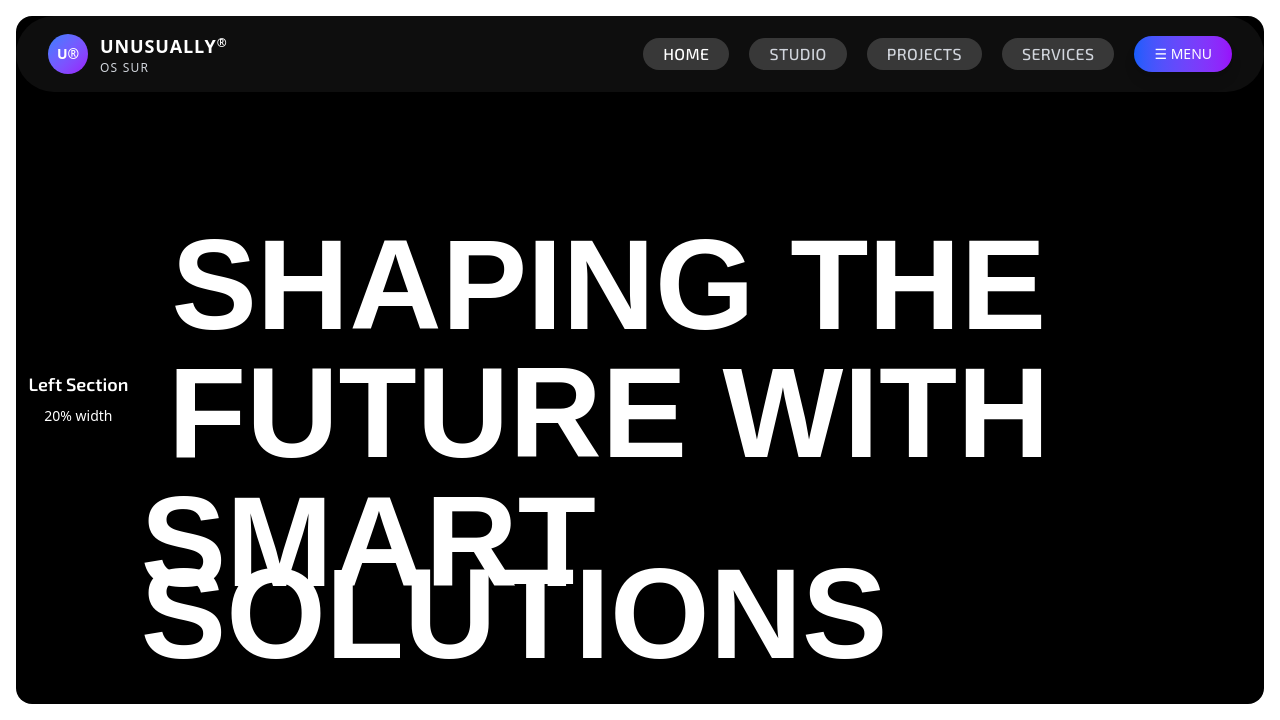
Repository: A-y-u-s-h-29/Digital-Express-India-With-Carrer-Page-And-RazorPay
Page: / (app in op/)
The author's editor kept a copy of each file at every save. The page is drawn from the files as they stood at one save, then again after the next save.
The browser window is 1280 px wide. The pictures show the whole page.
Some web fonts or font styles are not loaded; a fallback is used. The project was rebuilt for these pictures with package versions that can differ from the ones it lists, and the page was loaded fresh each time. Also part of the build but not shown: op/vite.config.js.

Above is the page before, as saved 2025-12-04 14:59:49.

### op/index.html
<!doctype html>
<html lang="en">
  <head>
    <meta charset="UTF-8" />
    <link rel="icon" type="image/svg+xml" href="/vite.svg" />
    <meta name="viewport" content="width=device-width, initial-scale=1.0" />
    <link rel="preconnect" href="https://fonts.googleapis.com">
<link rel="preconnect" href="https://fonts.gstatic.com" crossorigin>
<link href="https://fonts.googleapis.com/css2?family=Alan+Sans:wght@300..900&family=Big+Shoulders:opsz,wght@10..72,100..900&family=Exo+2:ital,wght@0,100..900;1,100..900&family=Montserrat:ital,wght@0,100..900;1,100..900&family=Orbitron:wght@400..900&family=Poppins:ital,wght@0,100;0,200;0,300;0,400;0,500;0,600;0,700;0,800;0,900;1,100;1,200;1,300;1,400;1,500;1,600;1,700;1,800;1,900&family=Rajdhani:wght@300;400;500;600;700&display=swap" rel="stylesheet">
<link rel="preconnect" href="https://fonts.googleapis.com">
<link rel="preconnect" href="https://fonts.gstatic.com" crossorigin>
<link href="https://fonts.googleapis.com/css2?family=Alan+Sans:wght@300..900&family=Big+Shoulders:opsz,wght@10..72,100..900&family=Exo+2:ital,wght@0,100..900;1,100..900&family=Montserrat:ital,wght@0,100..900;1,100..900&family=Orbitron:wght@400..900&family=Poppins:ital,wght@0,100;0,200;0,300;0,400;0,500;0,600;0,700;0,800;0,900;1,100;1,200;1,300;1,400;1,500;1,600;1,700;1,800;1,900&family=Rajdhani:wght@300;400;500;600;700&display=swap" rel="stylesheet">
    <title>op</title>
  </head>
  <body>
    <div id="root"></div>
    <script type="module" src="/src/main.jsx"></script>
  </body>
</html>

### op/src/index.css
@import "tailwindcss";
*{
  box-sizing: border-box;
}
.big {
  font-family: "Big Shoulders", sans-serif;

  font-style: normal;
}
.exo {
  font-family: "Exo 2", sans-serif;

  font-style: normal;
}

### op/src/App.jsx
import React from 'react'
import Home from './components/Home'

function App() {
  return (
   <>
   <Home/>


   </>
  )
}

export default App

### op/src/components/Home.jsx
import React from "react";
import Navbar from "./Navbar";

function Home() {


  return (
    <div className="w-full max-h-screen lg:h-[120vh]  lg:py-4 lg:px-4 ">
      <div
        className="rounded-b-4xl lg:rounded-2xl w-full h-full  flex flex-col relative overflow-hidden bg-black"

      >


        {/* Transparent Navbar */}
        <div className="relative z-20">
          <Navbar />
        </div>

        {/* Three Column Layout */}
        <div className="flex flex-1 relative z-10 text-white ">
          {/* Left Column - 20% width */}
          <div className="w-[10%] flex items-center justify-center">
            <div className="text-white text-center">
              <p className="exo font-semibold text-lg">Left Section</p>
              <p className="text-sm mt-2">20% width</p>
            </div>
          </div>

          {/* Middle Column - 60% width */}
         <div className="w-[75%] flex flex-col justify-center items-center big">
  <div className=" w-full h-full flex flex-col">

    {/* Top Row - 40% height */}
    <div className="h-[40%] flex items-end justify-center pb-4 ">
      <h1 className="text-5xl md:text-9xl leading-tight md:leading-[4.5rem]  font-bold text-white drop-shadow-2xl">
       SHAPING THE
      </h1>
    </div>

    {/* Middle Row - 30% height */}
    <div className="h-[25%] flex items-center justify-center ">
       <h1 className="text-5xl md:text-9xl leading-tight lg:leading-[4.5rem]  font-bold text-white drop-shadow-2xl">
    FUTURE WITH
      </h1>
    </div>

    {/* Bottom Row - 30% height */}
    <div className="h-[35%] flex items-start justify-center pt-4">
      <h1 className="text-5xl md:text-9xl leading-tight lg:leading-[4.5rem]  font-bold text-white drop-shadow-2xl">
      SMART SOLUTIONS
      </h1>
    </div>

  </div>
</div>
          {/* Right Column - 20% width */}

        </div>


      </div>
    </div>
  );
}

export default Home;

### op/src/components/Navbar.jsx
import React, { useState, useRef, useEffect } from 'react';
import { gsap } from 'gsap';

function Navbar({ isHomePage = false }) {
  const [isMenuOpen, setIsMenuOpen] = useState(false);
  const menuOverlayRef = useRef(null);
  const mobileMenuRef = useRef(null);

  // Menu items data for the menu overlay
  const menuOverlayItems = [
    { title: 'HOME', number: '01' },
    { title: 'ABOUT', number: '02' },
    { title: 'PROJECTS', number: '03' },
    { title: 'SERVICES', number: '04' },

  ];

  // Menu items for navbar links
  const navMenuItems = [
    { title: 'HOME', color: 'from-blue-500 to-cyan-400' },
    { title: 'STUDIO', color: 'from-purple-500 to-pink-500' },
    { title: 'PROJECTS', color: 'from-green-500 to-emerald-400' },
    { title: 'SERVICES', color: 'from-yellow-500 to-orange-500' },
    { title: 'ABOUT', color: 'from-red-500 to-rose-400' },
    { title: 'CONTACT', color: 'from-indigo-500 to-blue-400' },
  ];

  // Initialize menu as hidden
  useEffect(() => {
    if (menuOverlayRef.current) {
      menuOverlayRef.current.style.display = 'none';
    }
  }, []);

  const handleMenuClick = () => {
    const wasOpen = isMenuOpen;
    setIsMenuOpen(!wasOpen);

    if (!wasOpen) {
      // OPEN MENU ANIMATION - bottom-right से slide in
      if (menuOverlayRef.current) {
        menuOverlayRef.current.style.display = 'flex';

        // Get the menu container
        const menuContainer = menuOverlayRef.current.querySelector('.relative');

        if (menuContainer) {
          // Initial position - off screen bottom-right
          gsap.set(menuContainer, {
            x: '100%',
            y: '100%',
            opacity: 0,
            scale: 0.9,
            transformOrigin: 'bottom right'
          });

          // Animate to position
          gsap.to(menuContainer, {
            x: 0,
            y: 0,
            opacity: 1,
            scale: 1,
            duration: 0.8,
            ease: 'expo.out'
          });

          // Background fade in
          gsap.fromTo(menuOverlayRef.current,
            { opacity: 0 },
            { opacity: 1, duration: 0.4 }
          );

          // Menu items animation (from bottom)
          const menuItems = menuContainer.querySelectorAll('.menu-item');
          gsap.fromTo(menuItems,
            {
              opacity: 0,
              y: 40
            },
            {
              opacity: 1,
              y: 0,
              duration: 0.6,
              stagger: 0.1,
              delay: 0.3,
              ease: 'power3.out'
            }
          );

          // Close button animation
          const closeBtn = menuContainer.querySelector('.close-btn');
          if (closeBtn) {
            gsap.fromTo(closeBtn,
              { opacity: 0, rotation: -45 },
              { opacity: 1, rotation: 0, duration: 0.5, delay: 0.8 }
            );
          }
        }
      }

      // Mobile menu animation
      if (mobileMenuRef.current) {
        gsap.fromTo(
          mobileMenuRef.current,
          { height: 0, opacity: 0 },
          { height: 'auto', opacity: 1, duration: 0.4 }
        );
      }
    } else {
      // CLOSE MENU ANIMATION - bottom-right को slide out
      if (menuOverlayRef.current) {
        const menuContainer = menuOverlayRef.current.querySelector('.relative');

        if (menuContainer) {
          // Menu items exit
          const menuItems = menuContainer.querySelectorAll('.menu-item');
          gsap.to(menuItems,
            {
              opacity: 0,
              y: 20,
              duration: 0.3,
              stagger: 0.05,
              ease: 'power2.in'
            }
          );

          // Close button exit
          const closeBtn = menuContainer.querySelector('.close-btn');
          if (closeBtn) {
            gsap.to(closeBtn, {
              opacity: 0,
              rotation: 45,
              duration: 0.3
            });
          }

          // Menu container slide out to bottom-right
          gsap.to(menuContainer, {
            x: '100%',
            y: '100%',
            opacity: 0,
            scale: 0.9,
            duration: 0.6,
            ease: 'expo.in',
            onComplete: () => {
              if (menuOverlayRef.current) {
                menuOverlayRef.current.style.display = 'none';
              }
            }
          });

          // Background fade out
          gsap.to(menuOverlayRef.current, {
            opacity: 0,
            duration: 0.4
          });
        }
      }

      // Mobile menu exit animation
      if (mobileMenuRef.current) {
        gsap.to(mobileMenuRef.current, {
          height: 0,
          opacity: 0,
          duration: 0.3
        });
      }
    }
  };

  return (
    <>
      {/* Main Navbar */}
      <nav
        className={`w-full px-6 py-4 lg:px-8 lg:py-4 ${isHomePage ? 'bg-transparent' : 'bg-[#0E0E0E]'} rounded-full relative z-50`}
      >
        <div className="flex items-center justify-between">
          {/* Logo/Brand Section */}
          <div className="flex items-center">
            <div className="w-10 h-10 rounded-full bg-gradient-to-br from-blue-500 to-purple-600 flex items-center justify-center mr-3">
              <span className="text-white font-bold text-sm">U®</span>
            </div>
            <div className="flex flex-col">
              <span className="text-white font-bold text-lg tracking-wider">UNUSUALLY<sup className="text-xs">®</sup></span>
              <span className="text-gray-300 text-xs tracking-widest">OS SUR</span>
            </div>
          </div>

          <div className='flex items-center gap-5'>
            {/* Desktop Navigation Links */}
            <div className="hidden md:flex items-center space-x-5 exo text-md">
              {navMenuItems.slice(0, 4).map((item, index) => (
                <a
                  key={index}
                  href="#"
                  className={`text-gray-300 font-medium tracking-wide hover:text-white transition-colors duration-300 bg-[#383838] px-5 py-1 rounded-full ${item.title === 'HOME' ? 'text-white' : ''}`}
                >
                  {item.title}
                </a>
              ))}
            </div>

            {/* Menu Button */}
            <button
              onClick={handleMenuClick}
              className="px-5 py-2 bg-gradient-to-r from-blue-600 to-purple-600 text-white text-sm font-medium rounded-full hover:from-blue-700 hover:to-purple-700 transition-all duration-300 shadow-lg hover:shadow-xl relative z-50"
            >
              {isMenuOpen ? '✕ CLOSE' : '☰ MENU'}
            </button>

            {/* Mobile Menu Button (Hamburger) */}
            <button
              onClick={handleMenuClick}
              className="ml-4 md:hidden relative z-50"
            >
              <div className={`w-6 h-0.5 bg-white mb-1.5 transition-all duration-300 ${isMenuOpen ? 'rotate-45 translate-y-2' : ''}`}></div>
              <div className={`w-6 h-0.5 bg-white mb-1.5 transition-all duration-300 ${isMenuOpen ? 'opacity-0' : ''}`}></div>
              <div className={`w-6 h-0.5 bg-white transition-all duration-300 ${isMenuOpen ? '-rotate-45 -translate-y-2' : ''}`}></div>
            </button>
          </div>
        </div>

        {/* Mobile Menu Dropdown */}
        <div
          ref={mobileMenuRef}
          className="md:hidden mt-4 pt-4 border-t border-gray-800 overflow-hidden"
          style={{ height: '0px' }}
        >
          <div className="flex flex-col space-y-4">
            {navMenuItems.map((item, index) => (
              <a
                key={index}
                href="#"
                className={`text-gray-300 font-medium py-2 hover:text-white transition-colors ${item.title === 'HOME' ? 'text-white' : ''}`}
              >
                {item.title}
              </a>
            ))}
          </div>
        </div>
      </nav>

      {/* Fullscreen Menu Overlay */}
      <div
        ref={menuOverlayRef}
        className="fixed inset-0  z-40 hidden items-end justify-end px-4 rounded-2xl "
      >
        {/* Menu Container - Image के according simple design */}
        <div
          className="relative h-[70vh] w-[45vw] bg-white  rounded-4xl overflow-hidden shadow-2xl transform-gpu "
          style={{
            transformOrigin: 'bottom right'
          }}
        >
          {/* Simple Header with Brand */}
          <div className="absolute top-8 left-8">
            <div className="flex items-center space-x-3">

              <div>

              </div>
            </div>
          </div>



          {/* Main Content Area - Center aligned like image */}
          <div className="h-full flex flex-col justify-center items-center px-12 ">
            {/* Menu Items - Single Column, Large text like image */}
            <div className="w-full  space-y-2">
              {menuOverlayItems.map((item, index) => (
                <a
                  key={index}
                  href="#"
                  className="menu-item group relative block w-full"
                >
                  <div className="flex items-center justify-between">
                    {/* Title - Left side */}
                    <div className="relative overflow-hidden p-0.5">
                      <h3 className="text-black font-extrabold text-5xl lg:text-7xl  exo tracking-tight opacity-90 group-hover:opacity-100 transition-all duration-500">
                        {item.title}
                      </h3>
                      {/* Underline animation */}

                    </div>

                    {/* Number in parentheses - Right side */}
                    <div className="text-gray-500 text-3xl lg:text-4xl font-light group-hover:text-white transition-colors duration-500">
                      ({item.number})
                    </div>
                  </div>
                </a>
              ))}
            </div>


          </div>


        </div>
      </div>
    </>
  );
}

export default Navbar;

Loaded but not shown: op/src/main.jsx (common file)

After the next save:
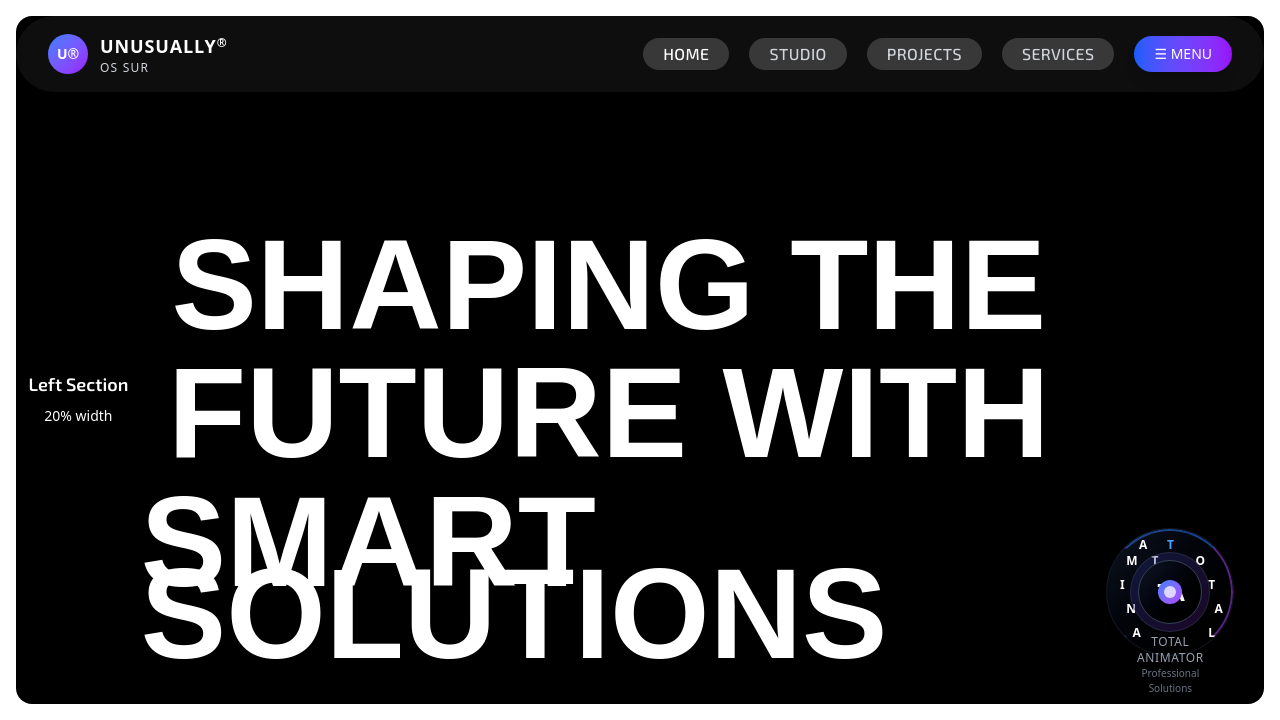
Saved 102 s later.
--- a/op/src/components/Home.jsx
+++ b/op/src/components/Home.jsx
@@ -55,7 +55,72 @@ function Home() {
   </div>
 </div>
           {/* Right Column - 20% width */}
+         <div className="w-[15%] flex items-end justify-center pb-12">
+  <div className="relative">
+    {/* Professional Circular Text Button */}
+    <div className="group relative cursor-pointer">
+      {/* Outer Circle Container */}
+      <div className="relative w-32 h-32 rounded-full border border-gray-800/50 bg-gradient-to-br from-gray-900/80 to-black/80 backdrop-blur-sm overflow-hidden hover:border-blue-600/30 transition-all duration-500 hover:scale-105 shadow-xl">
 
+        {/* Animated Border Ring */}
+        <div className="absolute inset-0 rounded-full border-2 border-transparent border-t-blue-500/50 border-r-purple-500/50 animate-spin-slow"></div>
+
+        {/* Circular Rotating Text - "TOTAL ANIMATOR" */}
+        <div className="absolute inset-0 animate-spin-slow">
+          <div className="relative w-full h-full">
+            {/* T O T A L */}
+            <span className="absolute top-2 left-1/2 transform -translate-x-1/2 text-blue-400 text-xs font-bold">T</span>
+            <span className="absolute top-6 left-[70%] text-white text-xs font-bold">O</span>
+            <span className="absolute top-12 left-[80%] text-white text-xs font-bold">T</span>
+            <span className="absolute top-18 left-[85%] text-white text-xs font-bold">A</span>
+            <span className="absolute top-24 left-[80%] text-white text-xs font-bold">L</span>
+
+            {/* A N I M A T O R */}
+            <span className="absolute top-24 left-[20%] text-white text-xs font-bold">A</span>
+            <span className="absolute top-18 left-[15%] text-white text-xs font-bold">N</span>
+            <span className="absolute top-12 left-[10%] text-white text-xs font-bold">I</span>
+            <span className="absolute top-6 left-[15%] text-white text-xs font-bold">M</span>
+            <span className="absolute top-2 left-[25%] text-white text-xs font-bold">A</span>
+            <span className="absolute top-6 left-[35%] text-white text-xs font-bold">T</span>
+            <span className="absolute top-12 left-[40%] text-white text-xs font-bold">O</span>
+            <span className="absolute top-18 left-[35%] text-white text-xs font-bold">R</span>
+          </div>
+        </div>
+
+        {/* Center Professional Logo */}
+        <div className="absolute inset-0 flex items-center justify-center">
+          <div className="w-20 h-20 rounded-full bg-gradient-to-br from-blue-900/30 to-purple-900/30 border border-gray-700/50 flex items-center justify-center group-hover:from-blue-900/40 group-hover:to-purple-900/40 transition-all duration-500">
+            <div className="w-16 h-16 rounded-full bg-gradient-to-br from-gray-900 to-black border border-gray-700 flex items-center justify-center shadow-inner">
+              <span className="text-white text-2xl font-bold tracking-tighter">TA</span>
+            </div>
+          </div>
+        </div>
+
+        {/* Center Dot */}
+        <div className="absolute inset-0 flex items-center justify-center">
+          <div className="w-6 h-6 rounded-full bg-gradient-to-br from-blue-500 to-purple-500 flex items-center justify-center shadow-lg">
+            <div className="w-3 h-3 rounded-full bg-white animate-pulse"></div>
+          </div>
+        </div>
+
+        {/* Corner Accents */}
+        <div className="absolute top-3 right-3 w-2 h-2 rounded-full bg-blue-500/50"></div>
+        <div className="absolute top-3 left-3 w-2 h-2 rounded-full bg-purple-500/50"></div>
+        <div className="absolute bottom-3 left-3 w-2 h-2 rounded-full bg-blue-500/50"></div>
+        <div className="absolute bottom-3 right-3 w-2 h-2 rounded-full bg-purple-500/50"></div>
+      </div>
+
+      {/* Glow Effect on Hover */}
+      <div className="absolute inset-0 rounded-full bg-blue-500/10 blur-xl opacity-0 group-hover:opacity-100 transition-opacity duration-500 -z-10"></div>
+
+      {/* Tooltip/Label */}
+      <div className="absolute -bottom-10 left-1/2 transform -translate-x-1/2 text-center">
+        <p className="text-gray-400 text-xs font-medium tracking-wider">TOTAL ANIMATOR</p>
+        <p className="text-gray-500 text-[10px]">Professional Solutions</p>
+      </div>
+    </div>
+  </div>
+</div>
         </div>
 
 
